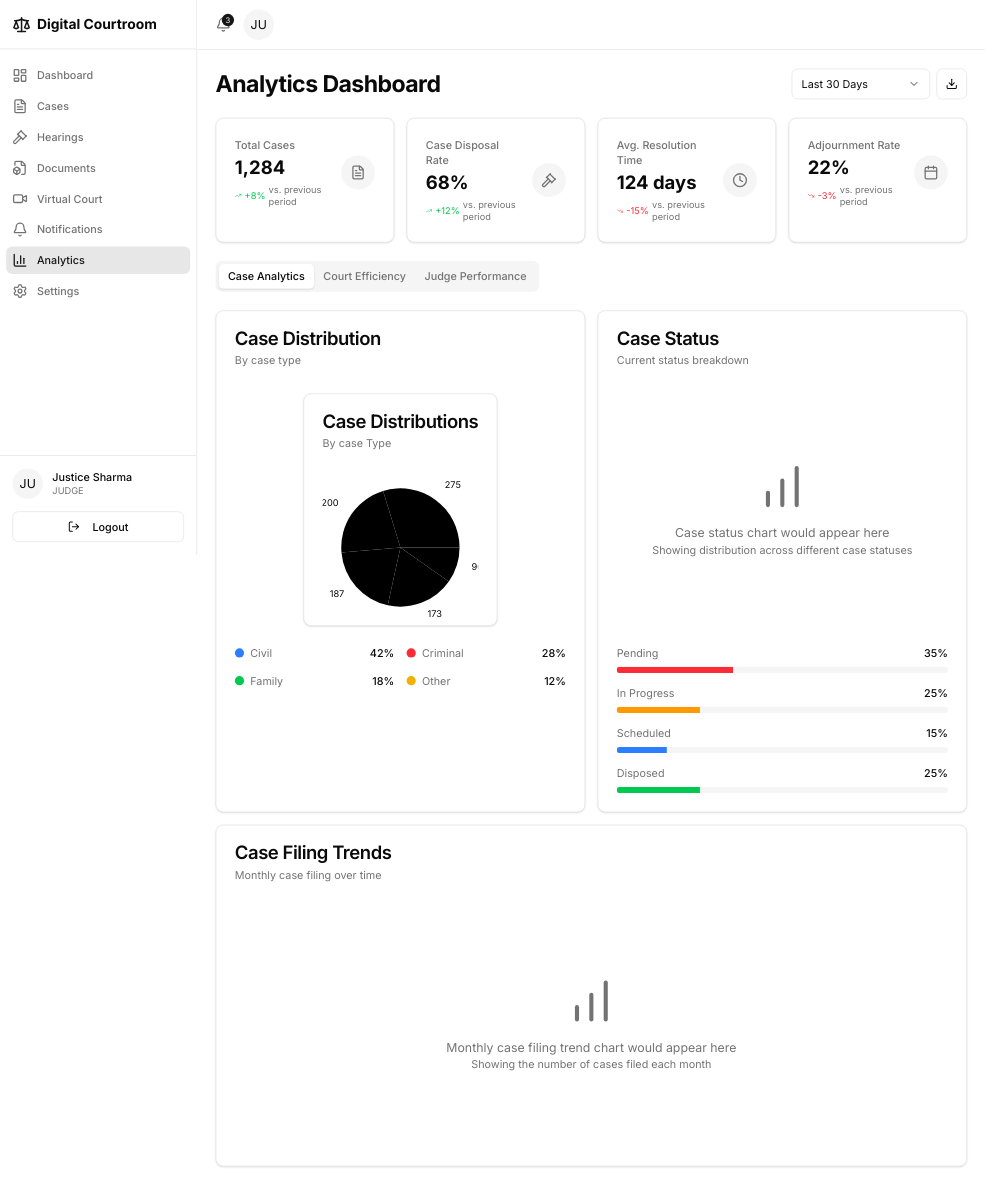
Repository: n0tank3sh/digicourt
Page: /analytics (app in frontend/)
An editor plug-in stored every save of this project. The page is shown before and after a run of saves, followed by the edit.
The browser window is 1280 px wide. The pictures show the whole page, at 77% of full size.
The project was rebuilt for these pictures with package versions that can differ from the ones it lists, and the page was loaded fresh each time. The framework's server and built-in components were replaced by stand-ins that run in the browser. Also part of the build but not shown: frontend/next.config.ts.

Above is the page before, as saved 2025-03-26 21:42:02.

After the next 8 saves:
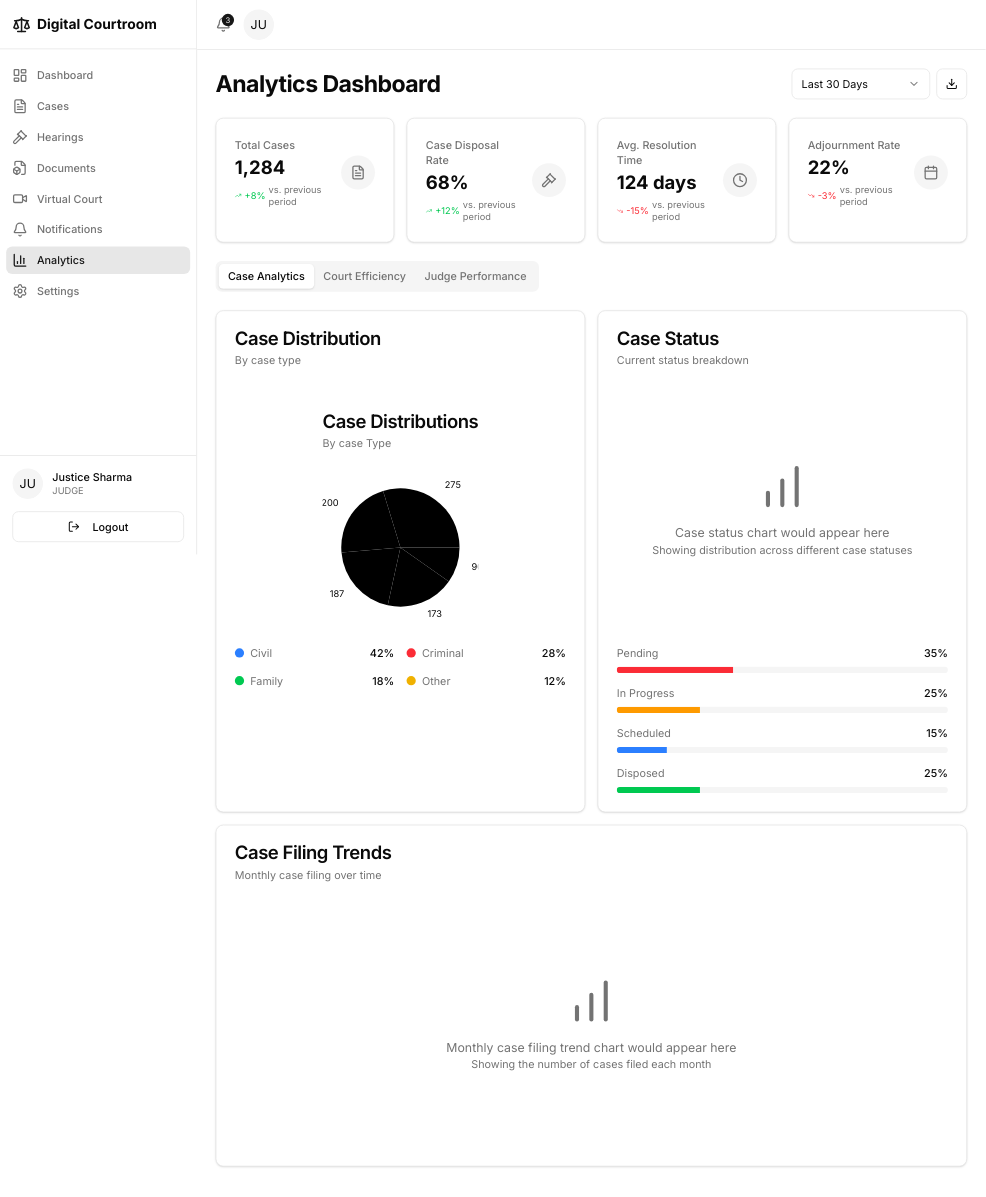
The 8 saves are shown as one change because they came seconds apart.
The last was saved 54 s later.
--- a/frontend/src/components/ui/piechart.tsx
+++ b/frontend/src/components/ui/piechart.tsx
@@ -49,7 +49,7 @@ const chartConfig = {
 } satisfies ChartConfig
 export function PieChartComponent() {
     return (
-        <Card className="flex flex-col ">
+        <Card className="flex flex-col shadow-none border-none ">
             <CardHeader>
                 <CardTitle>Case Distributions</CardTitle>
                 <CardDescription>By case Type</CardDescription>
